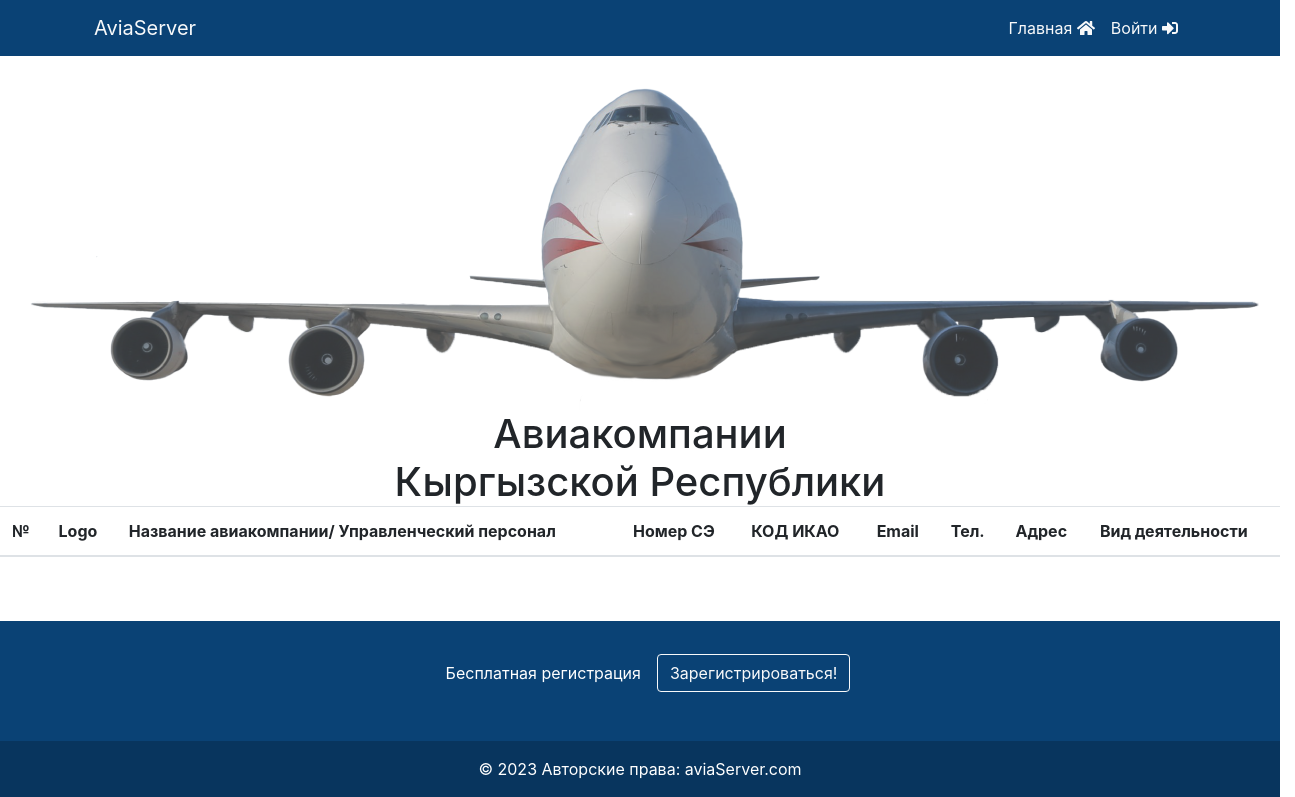
Repository: sulimonn/aviaServer
Page: products/templates/products/index.html
These files come from the project's save history. The page is drawn as it stood at one moment and after the next save; the edit follows.
The browser window is 1280 px wide. The page is 1295 px wide, so the pictures cover 1295 px, including what lies to the right of the window. The pictures show the whole page.
Some web libraries are served in a nearby version. The template is drawn by Django 4.2. The application's start-up code is not run. The template is opened directly, without the code that normally fills it, so the values that code supplies are empty.

Above is the page before, as saved 2023-08-13 23:11:04.

After the next save:
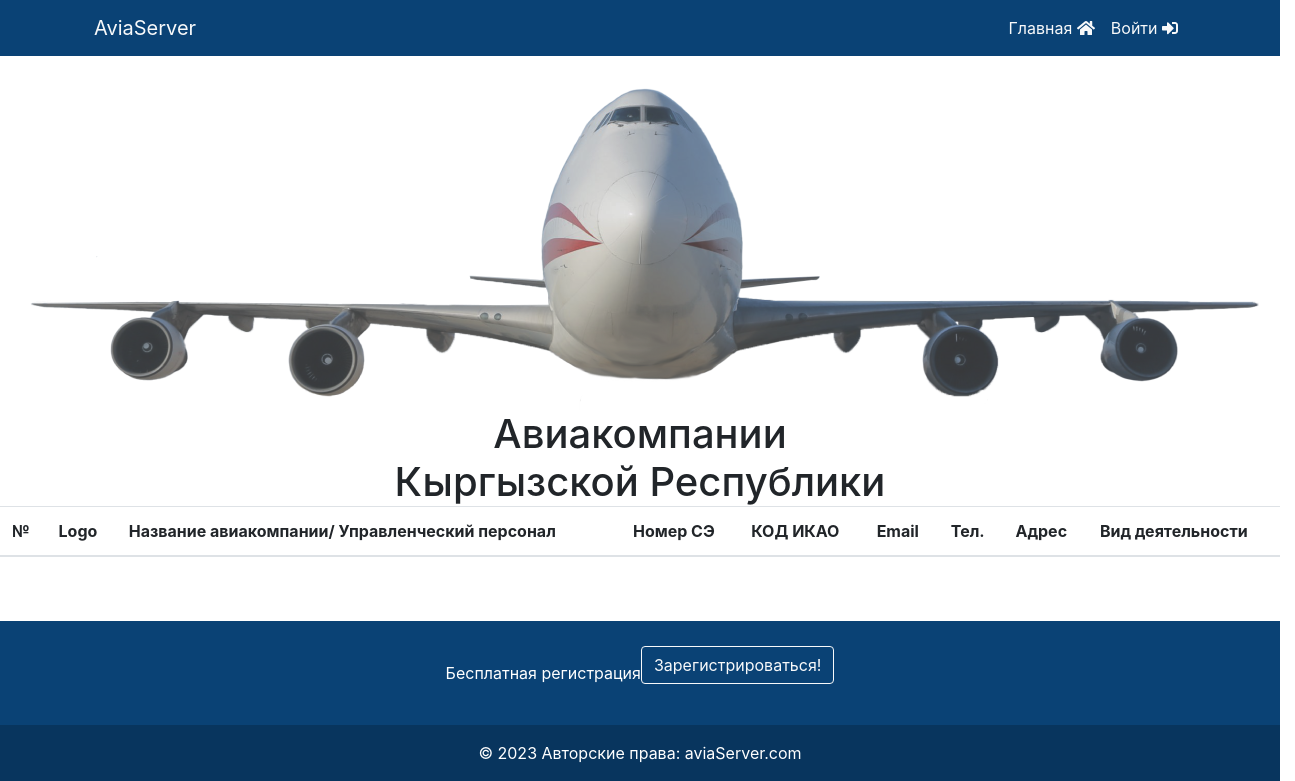
Saved 14 s later.
--- a/products/templates/products/base.html
+++ b/products/templates/products/base.html
@@ -70,7 +70,7 @@
       <!-- Section: CTA -->
       <section class="">
         <p class="d-flex justify-content-center align-items-center">
-          <span class="m-3">Бесплатная регистрация</span>
+          <span class="mt-3">Бесплатная регистрация</span>
           <button type="button" class="btn btn-outline-light btn-rounded">
             Зарегистрироваться!
           </button>
